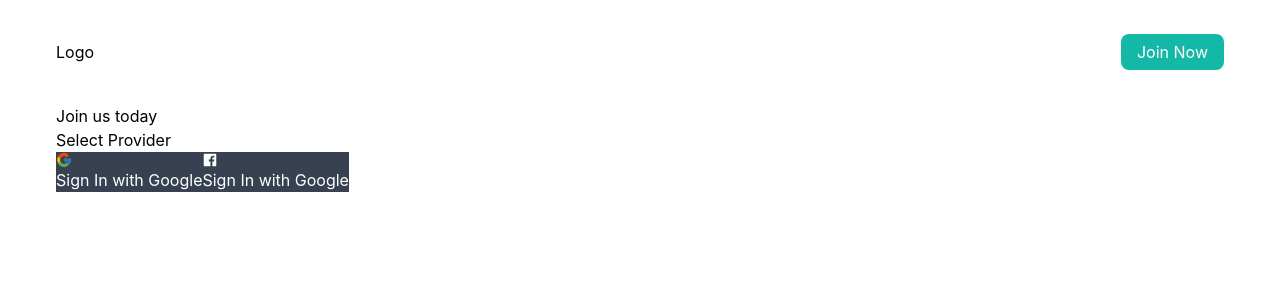
Repository: arafatmollah/auth-app
Page: /auth/login
An editor plug-in stored every save of this project. The page is shown before and after a run of saves, followed by the edit.
The browser window is 1280 px wide. The pictures show the whole page.
The project was rebuilt for these pictures with package versions that can differ from the ones it lists, and the page was loaded fresh each time. The framework's server and built-in components were replaced by stand-ins that run in the browser. Also part of the build but not shown: next.config.js.

Above is the page before, as saved 2022-10-03 21:07:43.

After the next 6 saves:
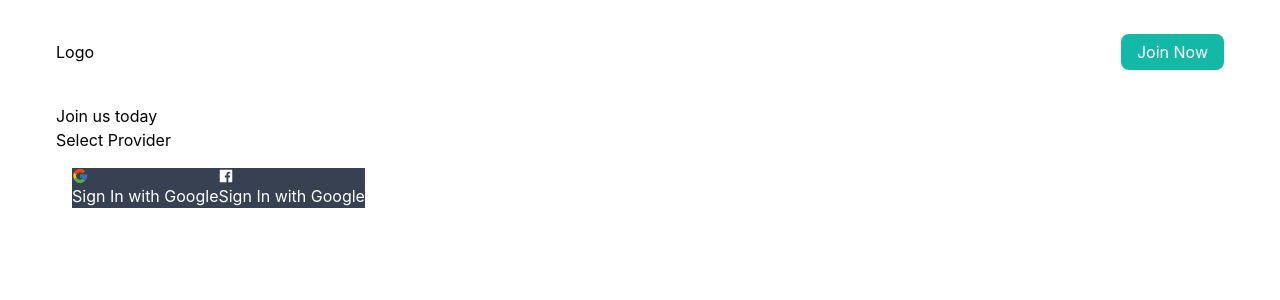
The 6 saves are shown as one change because they came seconds apart.
The last was saved 18 s later.
--- a/pages/auth/login.js
+++ b/pages/auth/login.js
@@ -8,7 +8,7 @@ export default function () {
         <h2>Join us today</h2>
         <div>
             <p>Select Provider</p>
-            <div>
+            <div className='flex p-4'>
                 <button className='bg-gray-700 text-white'>
                     <FcGoogle></FcGoogle>
                     Sign In with Google</button>
